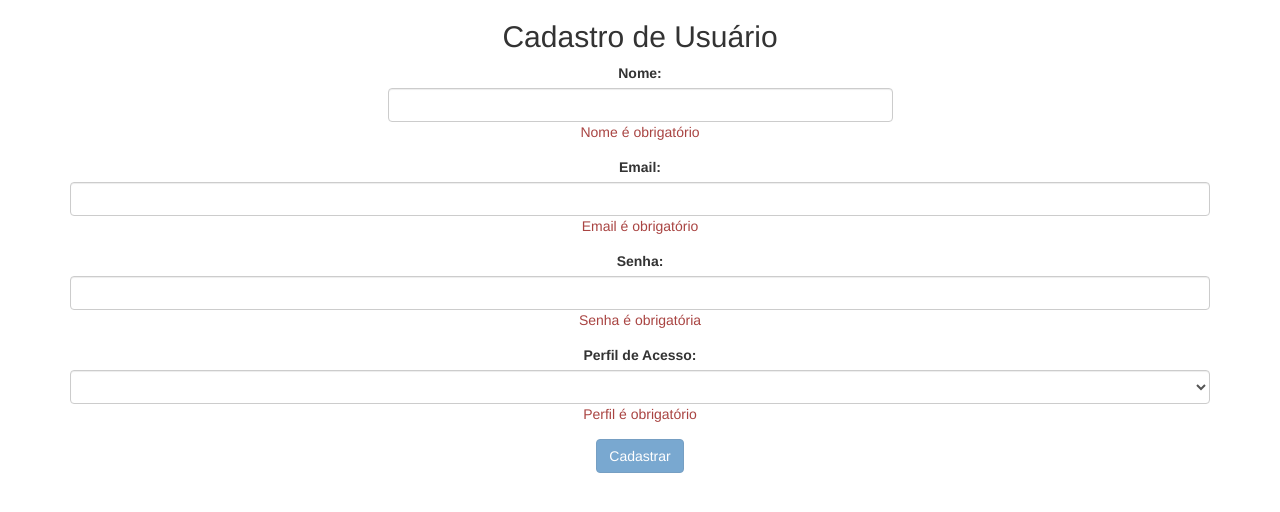
Repository: AndersonSchinemann/ProjetoSaas
Page: TopData/src/main/resources/static/views/cadastro.html
An editor plug-in stored every save of this project. The page is shown before and after the next save, followed by the edit.
The browser window is 1280 px wide. The pictures show the whole page.

Above is the page before, as saved 2023-11-13 15:08:15.

After the next save:
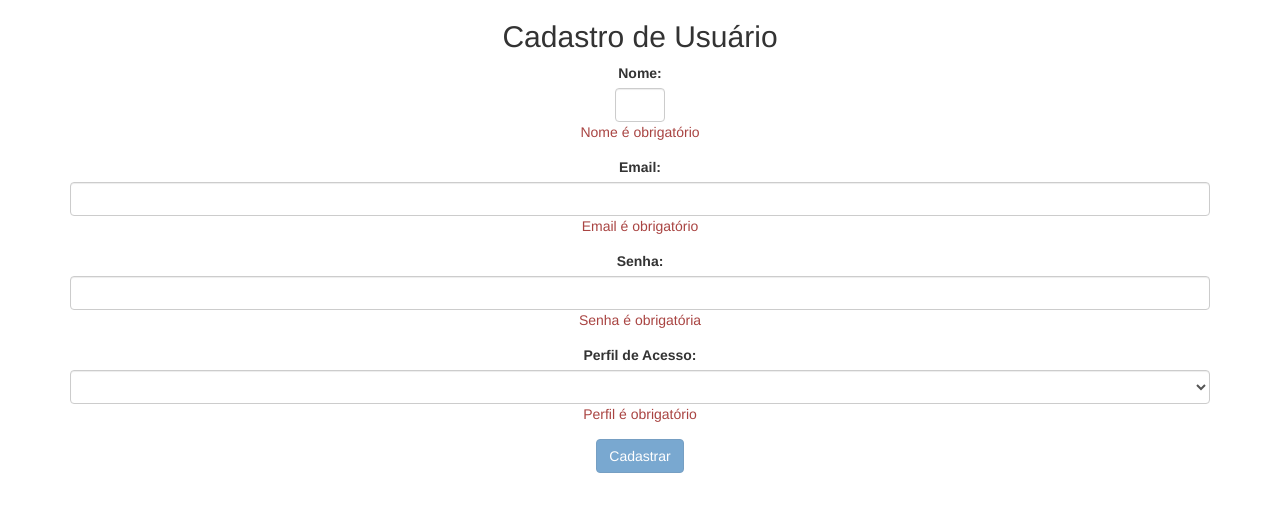
Saved 20 s later.
--- a/TopData/src/main/resources/static/views/cadastro.html
+++ b/TopData/src/main/resources/static/views/cadastro.html
@@ -8,7 +8,7 @@
 <style>
   /* Adicione um estilo personalizado para ajustar a largura dos inputs */
   .custom-width-input {
-    width: 505px; /* Largura desejada */
+    width: 50px; /* Largura desejada */
     margin: auto; /* Para centralizar horizontalmente */
   }
 </style>
